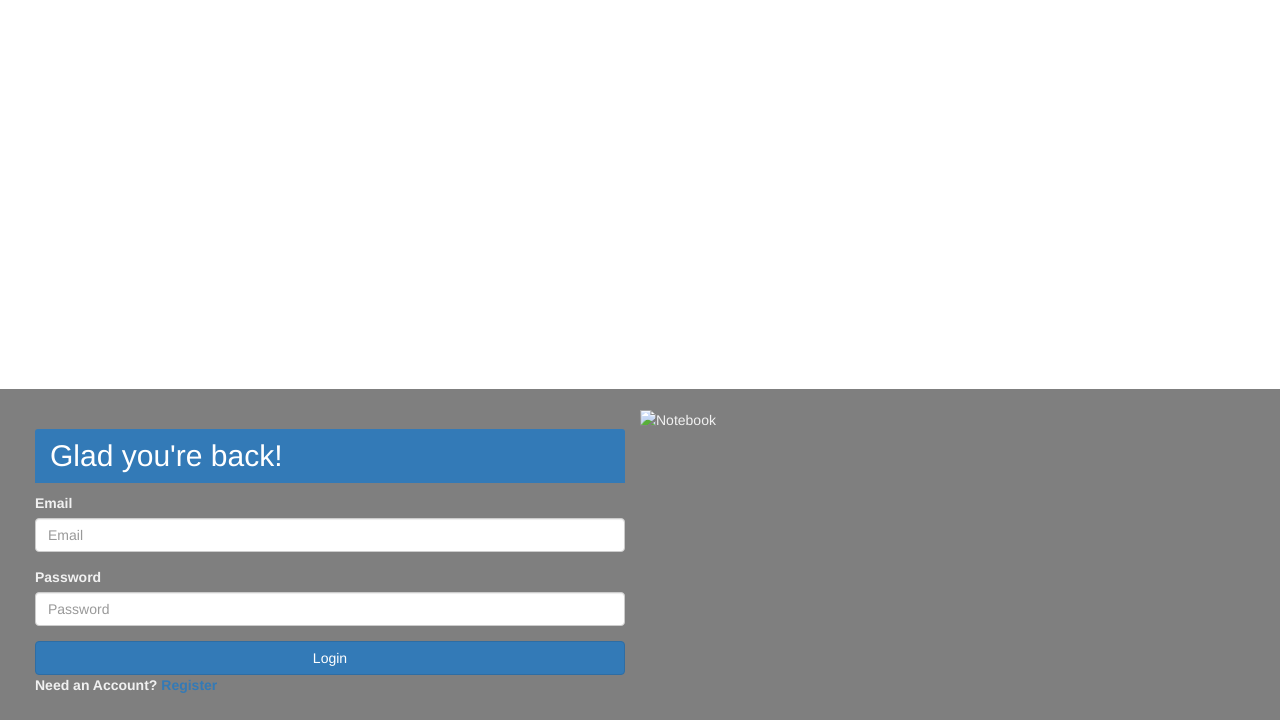
Repository: ronnydoan12345/Doan-ReimbursementProject
Page: http://localhost/org.revature.ERS/
An editor plug-in stored every save of this project. The page is shown before and after the next save, followed by the edit.
The browser window is 1280 px wide. The pictures show the whole page.
The page is served by Tomcat 9. Other server files are loaded and not shown.

Above is the page before, as saved 2019-01-18 04:08:25.
Not found: org.revature.ERS/w3images/notebook.jpg

### org.revature.ERS/src/main/webapp/login.html
<!DOCTYPE html>
<html>

<head>
    <meta charset="utf-8">
    <title></title>
    <meta name="viewport" content="width=device-width, initial-scale=1">


    <link rel="stylesheet" href="https://maxcdn.bootstrapcdn.com/bootstrap/3.3.7/css/bootstrap.min.css">
    <link href="./Project1-FrontEnd/css/main.css" rel="stylesheet">
     <script src="https://ajax.googleapis.com/ajax/libs/jquery/3.3.1/jquery.min.js"></script>
    <script src="https://maxcdn.bootstrapcdn.com/bootstrap/3.3.7/js/bootstrap.min.js"></script>
</head>


<body>
    <div id="container">
    	<div class="content">

    	<form class="col-md-6" id="loginForm" name="loginForm">
            <div class="panel-primary">
                <h2 class="loginCenter panel-heading">Glad you're back!</h2>
            </div>
            <div class="form-group">
                <label for="email">Email</label>
                <input type="text" id="email" name="email" class="form-control" placeholder="Email" />
            </div>
            <div class="form-group">
                <label for="password">Password</label>
                <input type="password" id="password" name="password" class="form-control" placeholder="Password" />
            </div>
			<button type="button" id="login" onclick="getLoginData()" class="col-md-12 btn btn-primary">Login</button>
            <label>Need an Account?<a href="#" onclick="openRegisterForm()"> Register</a></label>
        </form>
        <img src="/w3images/notebook.jpg" alt="Notebook" style="width:100%;">
    	</div>

    </div>
    <script src="./Project1-FrontEnd/javascript/main.js"></script>
</body>

</html>

### org.revature.ERS/src/main/webapp/Project1-FrontEnd/css/main.css

.navbar {
	margin-bottom: 0;
	border-radius: 0;
}

.row.content {
	height: 1500px;
}

.sidenav {
	padding-top: 20px;
	background-color: #f1f1f1;
	height: 100%;
}

footer {
	background-color: #555;
	color: white;
	padding: 15px;
}

@media screen and (max-width: 767px) {
	.sidenav {
		height: auto;
		padding: 15px;
	}
	.row.content {
		height: auto;
	}
}

td{
    border:1px solid #000;
}

tr td:last-child{
    width:1%;
    white-space:nowrap;
}



.content {
  position: absolute;
  bottom: 0;
  background: rgb(0, 0, 0); /* Fallback color */
  background: rgba(0, 0, 0, 0.5); /* Black background with 0.5 opacity */
  color: #f1f1f1;
  width: 100%;
  padding: 20px;
}

Loaded but not shown: org.revature.ERS/src/main/webapp/Project1-FrontEnd/javascript/main.js (no copy from this time; the picture is the same without it)

After the next save:
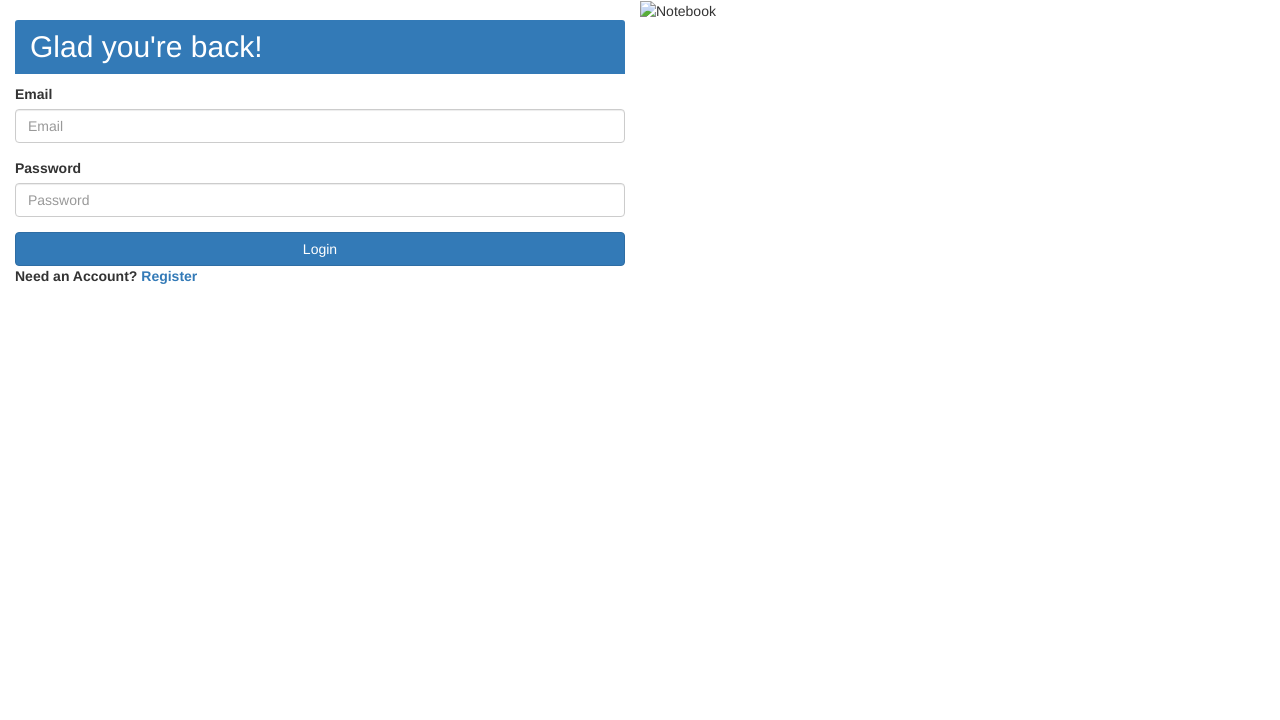
Saved 41 s later.
--- a/org.revature.ERS/src/main/webapp/Project1-FrontEnd/css/main.css
+++ b/org.revature.ERS/src/main/webapp/Project1-FrontEnd/css/main.css
@@ -38,15 +38,3 @@ tr td:last-child{
     width:1%;
     white-space:nowrap;
 }
-
-
-
-.content {
-  position: absolute;
-  bottom: 0;
-  background: rgb(0, 0, 0); /* Fallback color */
-  background: rgba(0, 0, 0, 0.5); /* Black background with 0.5 opacity */
-  color: #f1f1f1;
-  width: 100%;
-  padding: 20px;
-}
